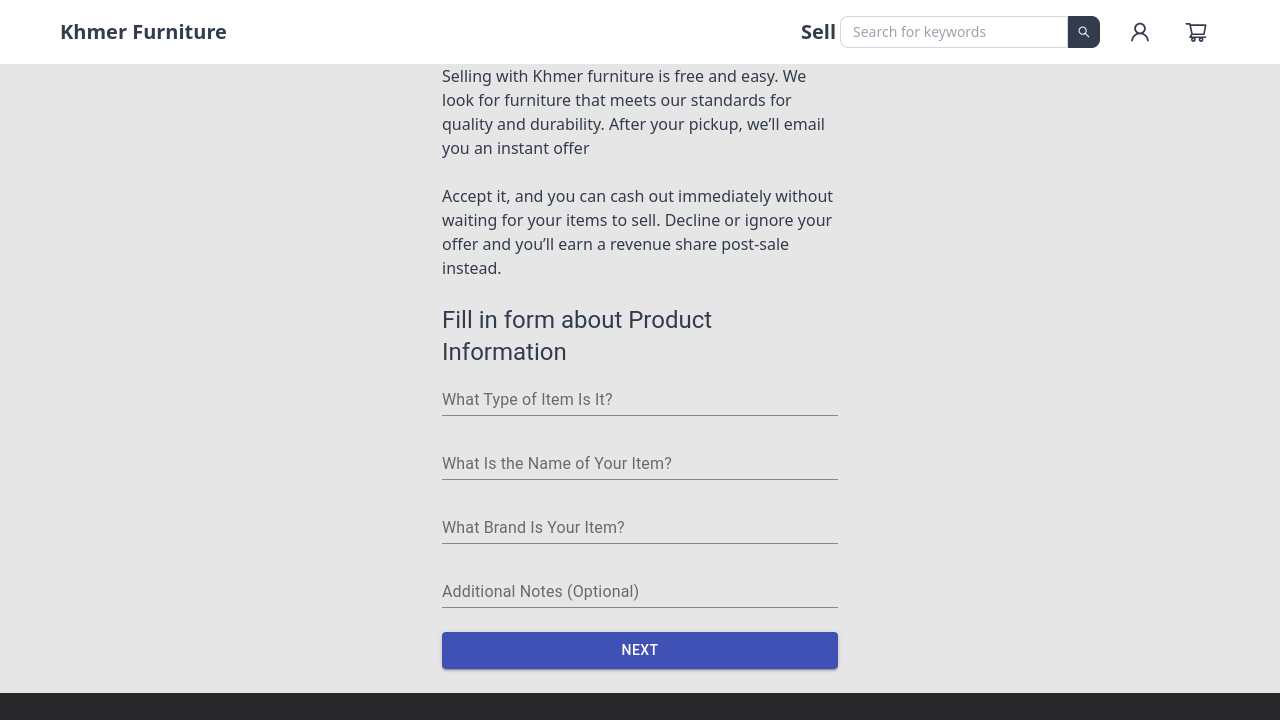
Repository: PlayerNguyen/dotot-shop
Page: /sell (app in client/)
The author's editor kept a copy of each file at every save. The page is drawn from the files as they stood at one save, then again after a run of saves.
The browser window is 1280 px wide. The pictures show the whole page.
An inner scrolling area shows only its first screen. The project was rebuilt for these pictures with package versions that can differ from the ones it lists, and the page was loaded fresh each time. Also part of the build but not shown: client/src/components/NoMatch/NoMatch.jsx, client/src/components/Sell/UserDetails.js, client/src/components/Sell/Confirmation.js, client/src/components/Sell/Success.js.

Above is the page before, as saved 2022-12-07 01:28:57.

After the next 2 saves:
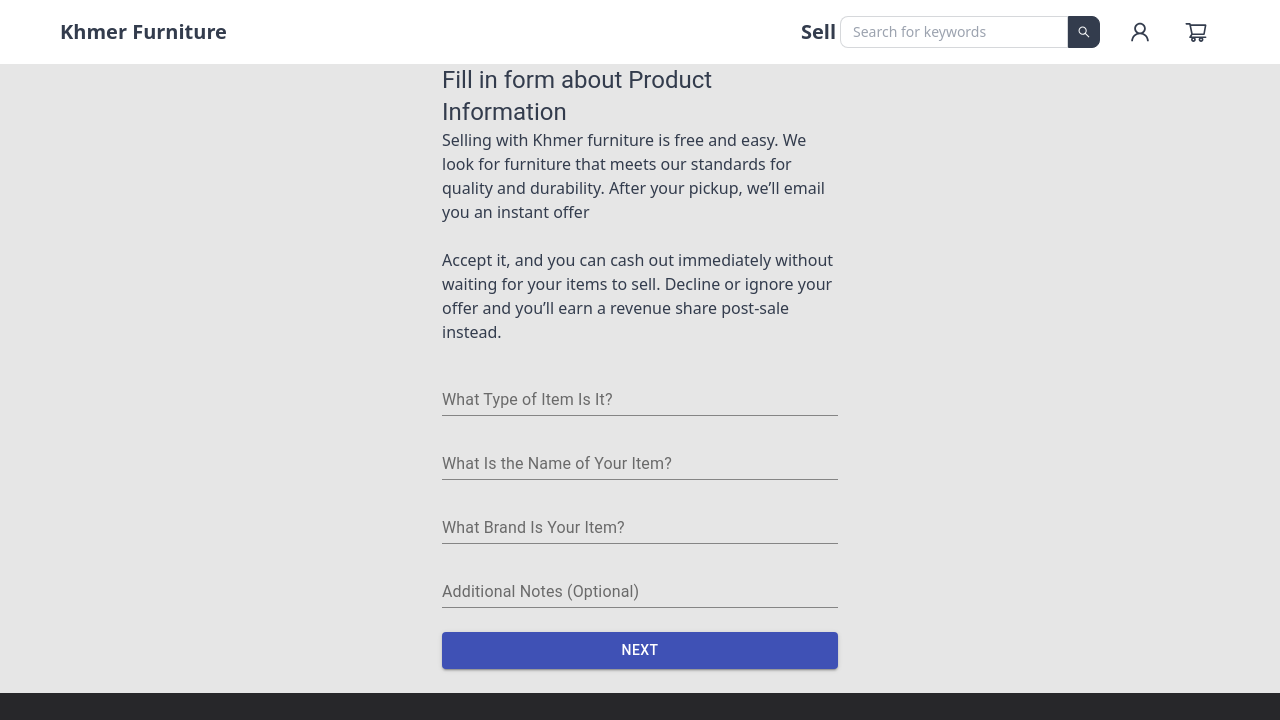
The 2 saves are shown as one change because they came seconds apart.
The last was saved 35 h 3 min later.
--- a/client/src/components/Sell/ProductDetails.js
+++ b/client/src/components/Sell/ProductDetails.js
@@ -14,15 +14,15 @@ const ProductDetails = ({ nextStep, handleChange, values }) => {
     return (
       <Container  component="main" maxWidth="xs">
         <div>
-        <div> Selling with Khmer furniture is free and easy. We look for furniture that meets our standards for quality and durability.
+          <Typography  component="h1" variant="h5" className='content-center '>
+           Fill in form about Product Information
+          </Typography>
+          <div> Selling with Khmer furniture is free and easy. We look for furniture that meets our standards for quality and durability.
           After your pickup, we’ll email you an instant offer </div>
           <br/>
           <div> Accept it, and you can cash out immediately without waiting for your items to sell.
            Decline or ignore your offer and you’ll earn a revenue share post-sale instead.</div>
            <br/>
-          <Typography  component="h1" variant="h5" className='content-center '>
-           Fill in form about Product Information
-          </Typography>
           <form>
             <Grid container spacing={2}>
                 {/* Category */}
